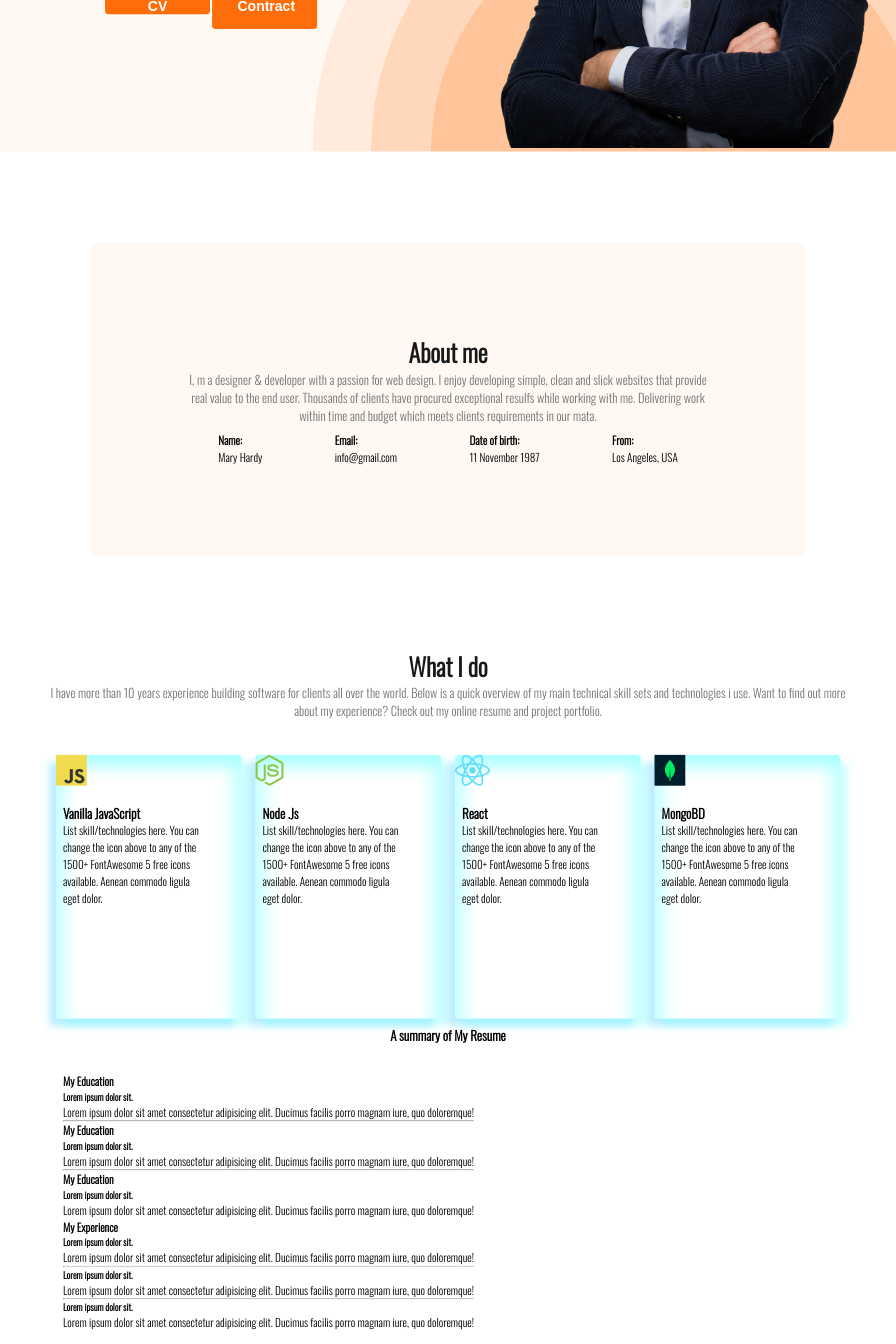
Repository: sumonkumarsarkar/my-website-personal
Page: index.html
An editor plug-in stored every save of this project. The page is shown before and after the next save, followed by the edit.
The browser window is 1280 px wide. The pictures show the part of the page from y = 659 to 2579 px (the page is 2579 px tall before and 2555 px after), at 70% of full size.

Above is the page before, as saved 2024-01-06 16:42:08.

After the next save:
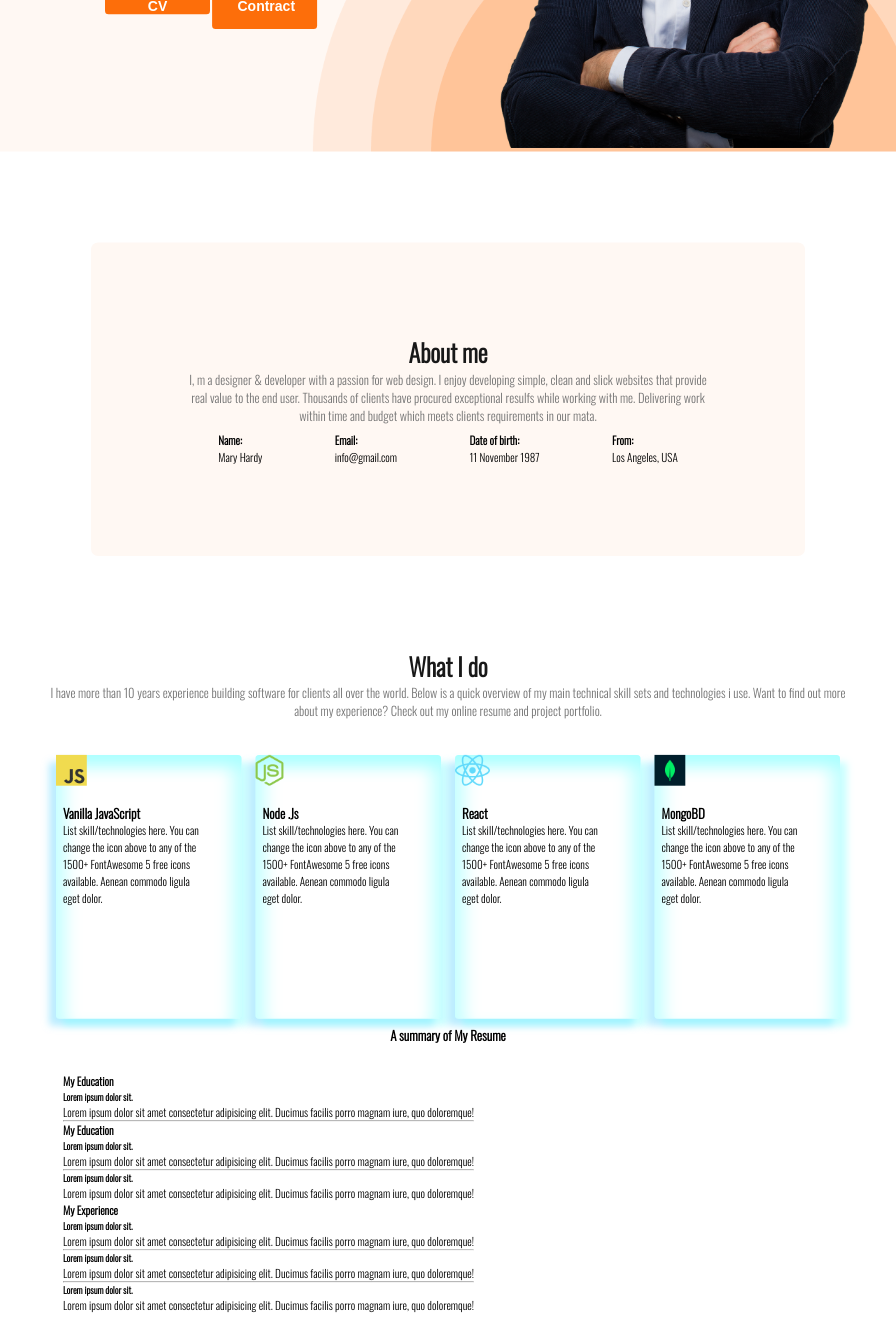
Saved 16 s later.
--- a/index.html
+++ b/index.html
@@ -150,8 +150,7 @@
           </div>
           <hr>
 
-          <div class="education-item">
-          <h4 class="education-title">My Education</h4>
+
           <div class="education-details">
           <h5>Lorem ipsum dolor sit.</h5>
           <P>Lorem ipsum dolor sit amet consectetur adipisicing elit. Ducimus facilis porro magnam iure, quo doloremque!</P>
